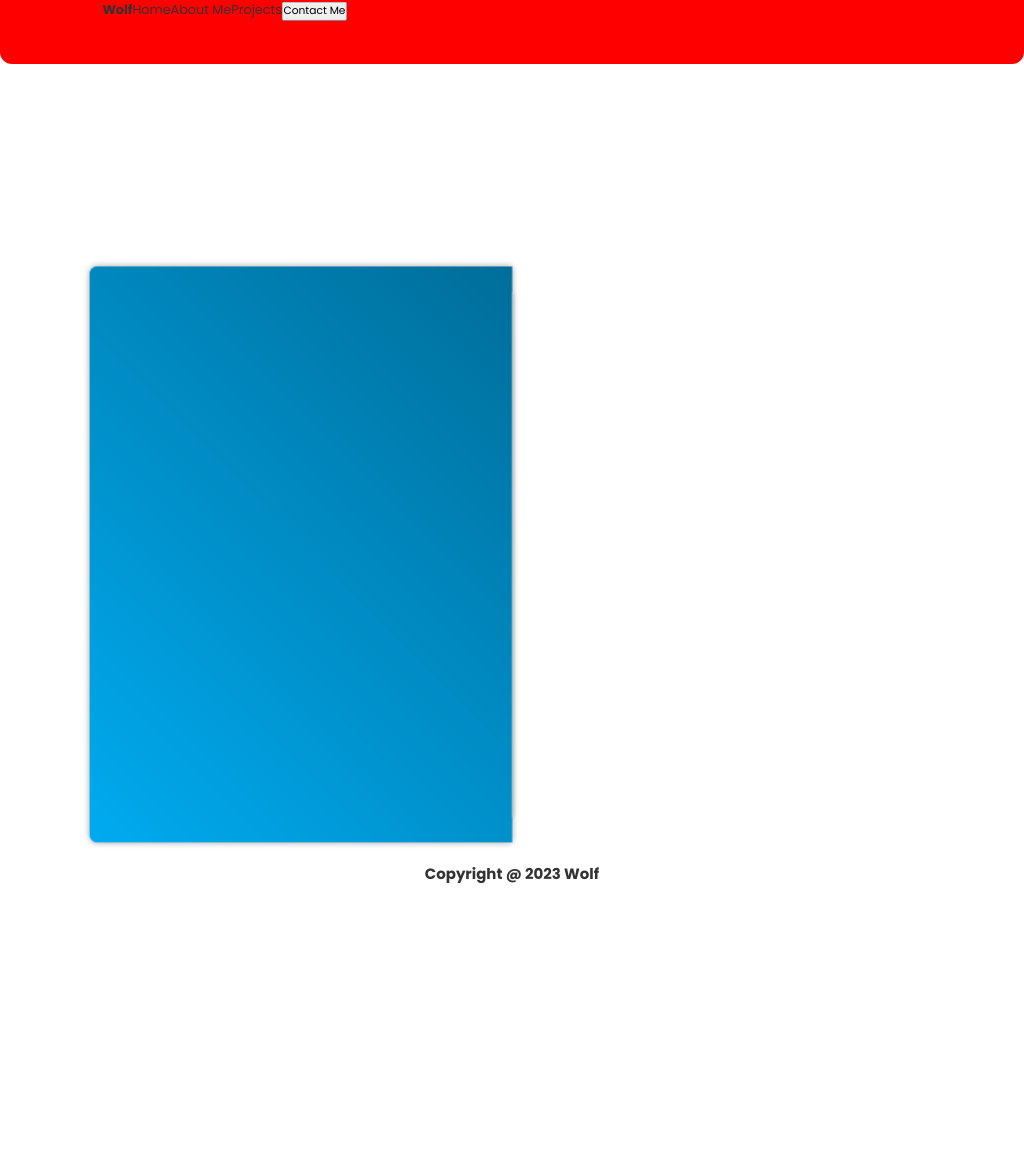
Repository: Ego-Wolf/Portfolio
Page: index.html
The author's editor kept a copy of each file at every save. The page is drawn from the files as they stood at one save, then again after the next save.
The browser window is 1280 px wide. The pictures show the whole page, at 80% of full size.
Pictures or frames that could not be fetched are drawn as grey boxes.

Above is the page before, as saved 2023-12-14 16:03:18.

After the next save:
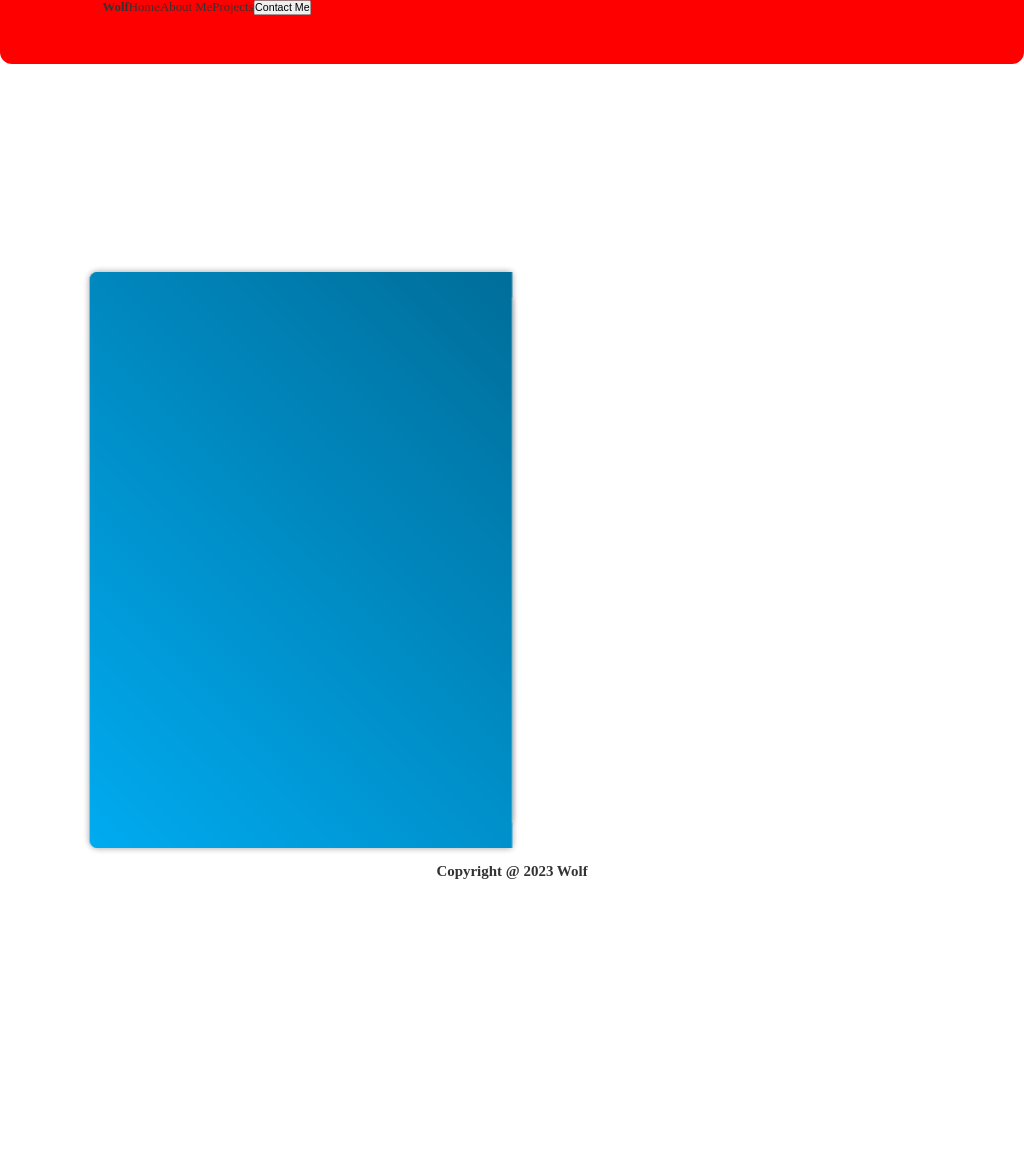
Saved 13 s later.
--- a/style.css
+++ b/style.css
@@ -4,7 +4,7 @@
     margin: 0;
     padding: 0;
     box-sizing: border-box;
-    font-family: 'Poppins', sans-serif;
+    /* font-family: 'Poppins', sans-serif; */
     text-decoration: none;
     list-style-type: none;
 }
